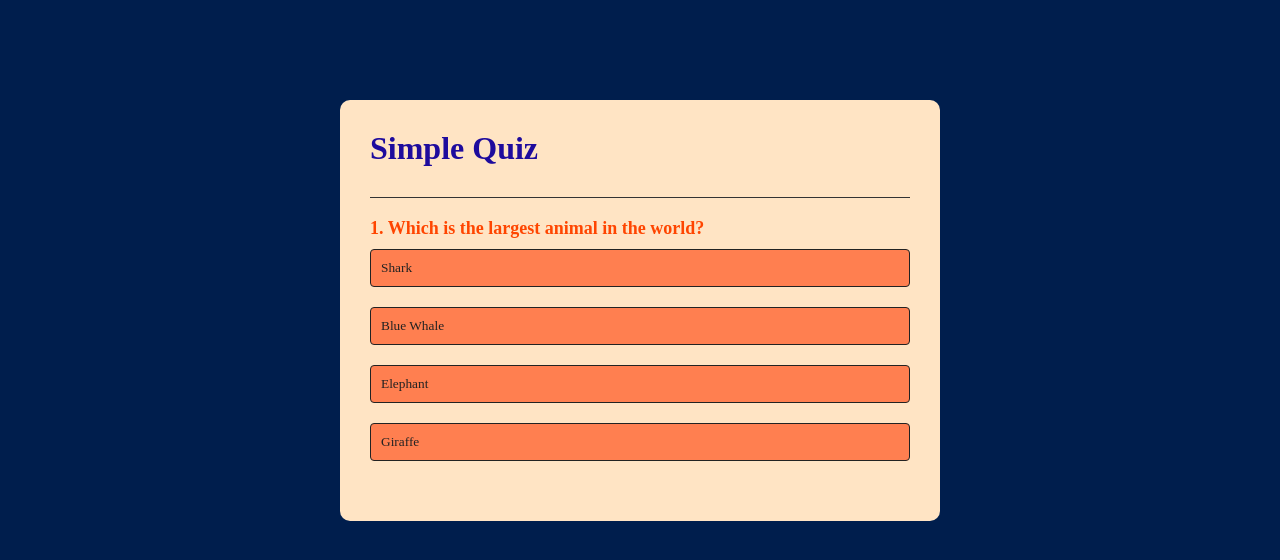
Repository: supriya123yadav/Quiz-project
Page: index.html
An editor plug-in stored every save of this project. The page is shown before and after the next save, followed by the edit.
The browser window is 1280 px wide. The pictures show the whole page.

Above is the page before, as saved 2024-07-11 10:25:28.

After the next save:
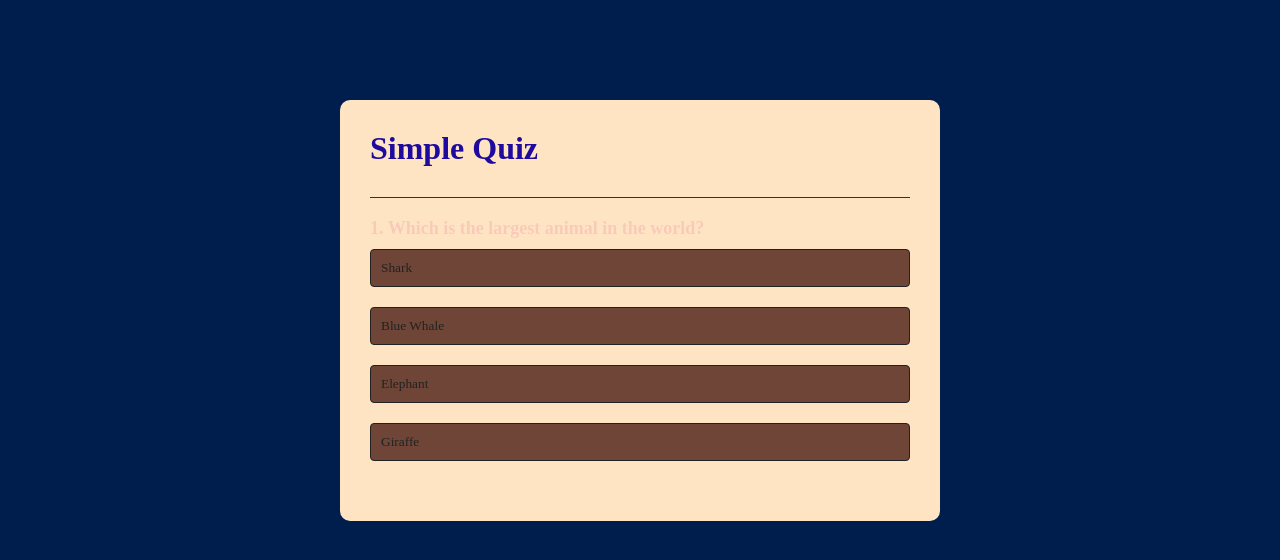
Saved 74 s later.
--- a/style.css
+++ b/style.css
@@ -30,12 +30,12 @@ body{
 }
 .quiz h2{
     font-size: 18px;
-    color: orangered;
+    color: rgb(250, 202, 185);
     font-weight: 600;
 
 }
 .btn{
-    background: coral;
+    background: rgb(110, 69, 54);
     color: #222;
     font-weight: 500;
     width: 100%;
@@ -47,7 +47,7 @@ body{
     cursor: pointer;
 }
 .btn:hover{
-    background: rgb(140, 42, 42);
+    background: rgb(202, 194, 194);
     color: white;
 }
 #next-btn{
